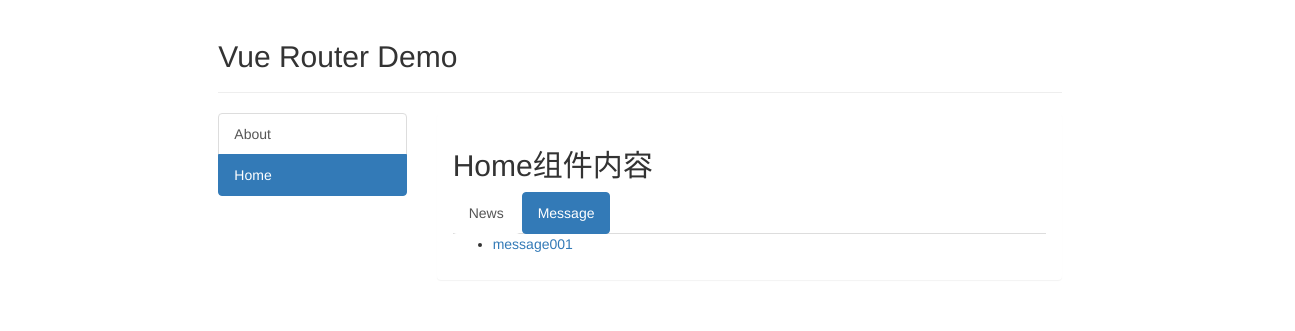
Repository: Crow7277/Vue2-
Page: /#/home/message
These files come from the project's save history. The page is drawn as it stood at one moment and after the next save; the edit follows.
The browser window is 1280 px wide. The page is 1295 px wide, so the pictures cover 1295 px, including what lies to the right of the window. The pictures show the whole page.
The project was rebuilt for these pictures with package versions that can differ from the ones it lists, and the page was loaded fresh each time. Also part of the build but not shown: vue.config.js, src/pages/About.vue, src/pages/News.vue.

Above is the page before, as saved 2022-04-09 18:11:14.

After the next save:
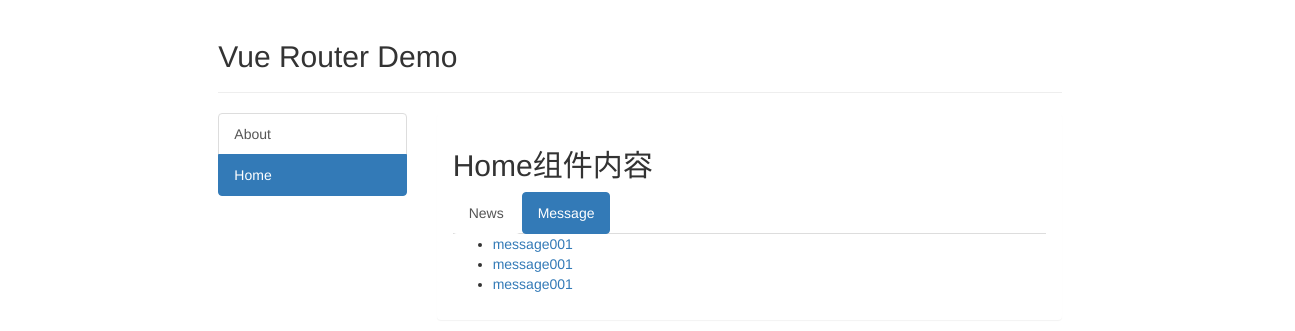
Saved 8 s later.
--- a/src/pages/Message.vue
+++ b/src/pages/Message.vue
@@ -1,7 +1,7 @@
 <template>
     <div>
         <ul>
-            <li v-for="">
+            <li v-for="m in messageList">
                 <a href="/message1">message001</a>
                 &nbsp;&nbsp;
             </li>
